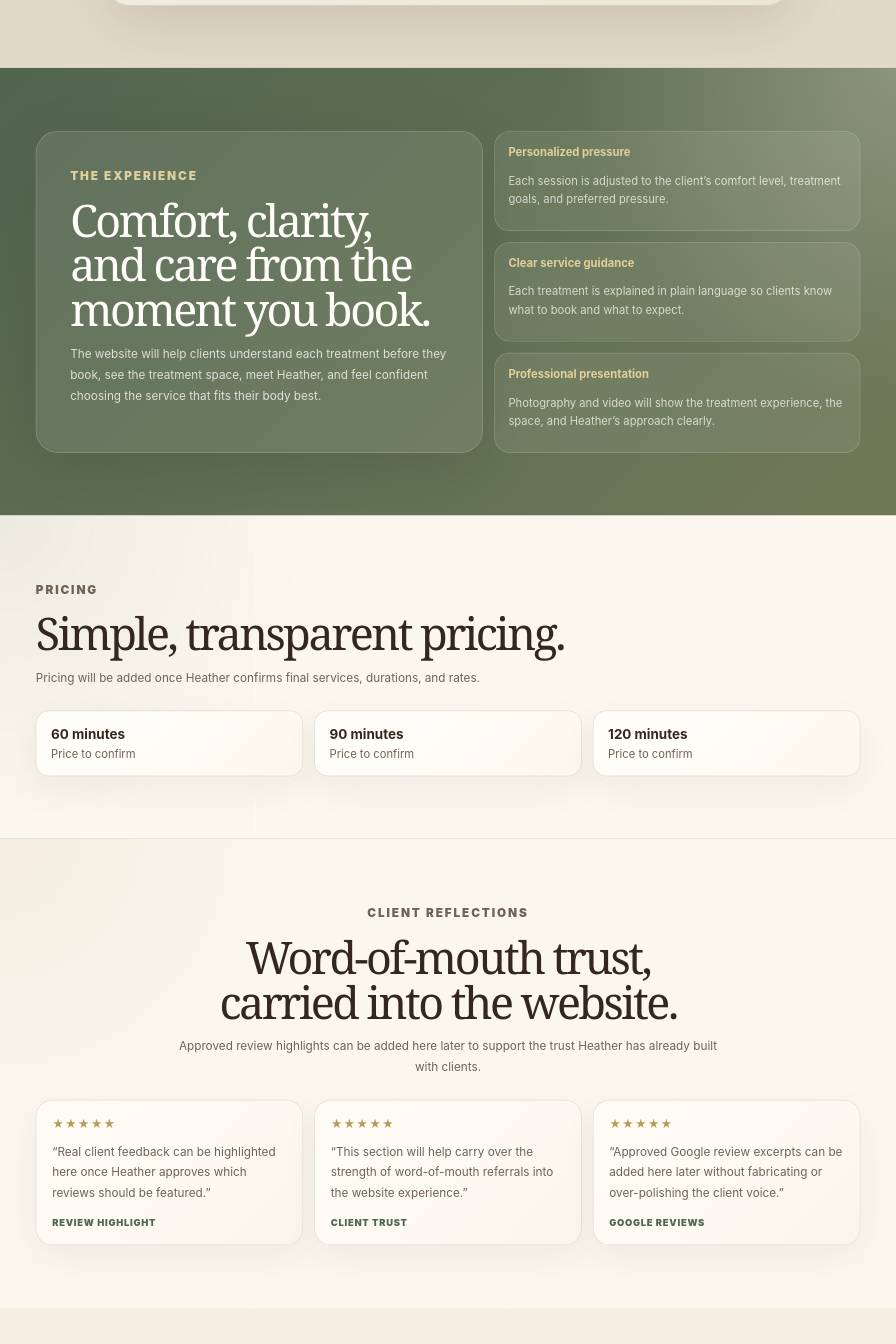
Repository: 300LBHACK3R/mckenzie-house-massage-site
Page: /
The author's editor kept a copy of each file at every save. The page is drawn from the files as they stood at one save, then again after the next save.
The browser window is 1280 px wide. The pictures show the part of the page from y = 4580 to 6500 px (the page is 9141 px tall before and 8471 px after), at 70% of full size.
The page's requests for data from a server got no answer. The project was rebuilt for these pictures with package versions that can differ from the ones it lists, and the page was loaded fresh each time. The framework's server and built-in components were replaced by stand-ins that run in the browser. No one was signed in, and anything a server would have sent is missing. Also part of the build but not shown: next.config.ts.

Above is the page before, as saved 2026-07-16 13:03:17.

After the next save:
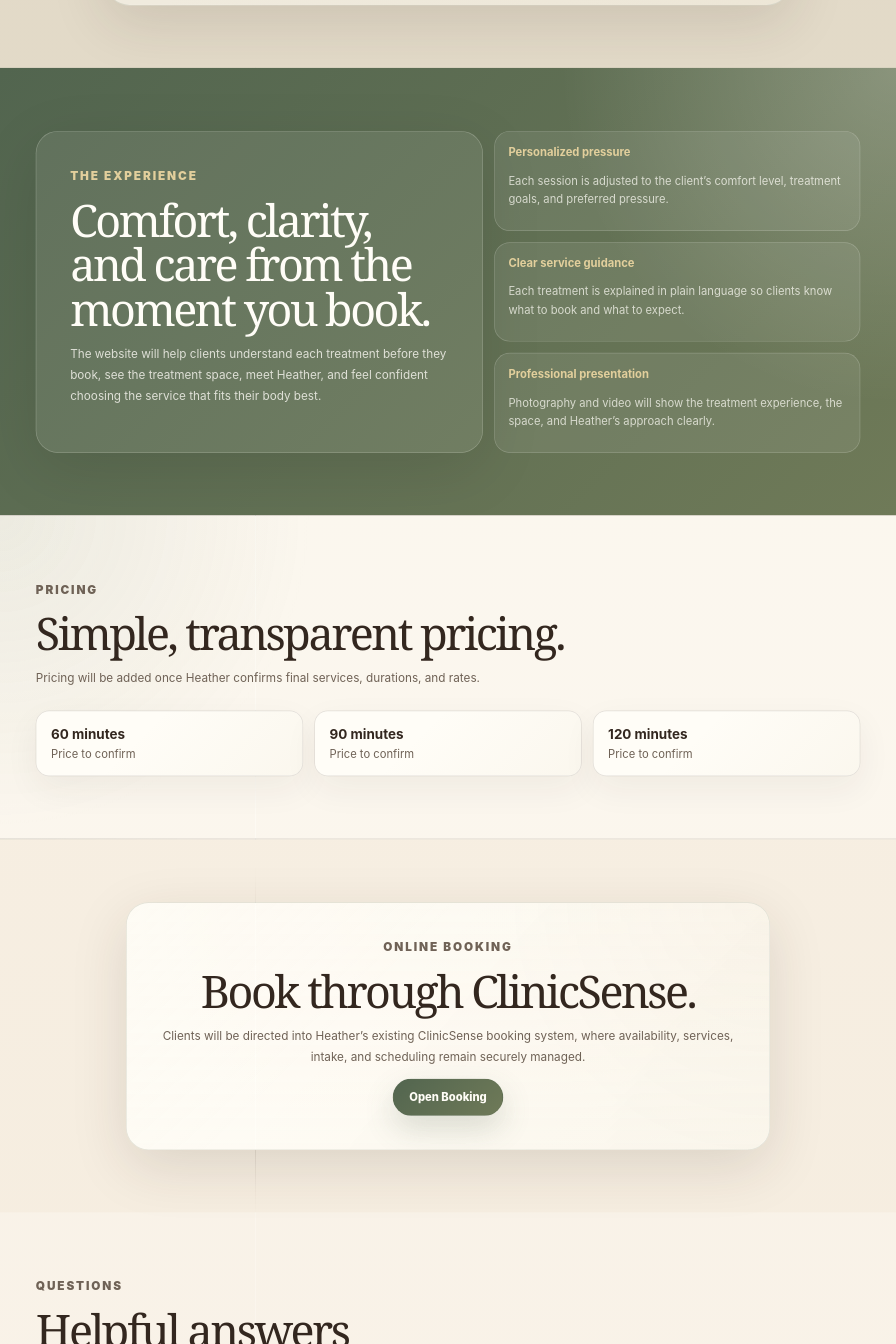
Saved 2 min 31 s later.
--- a/src/app/page.tsx
+++ b/src/app/page.tsx
@@ -85,9 +85,9 @@ export default function Home() {
           aria-labelledby="home-heading"
         >
           <div className="hero-media" aria-hidden="true">
-            {siteConfig.heroVideo ? (
+            {siteConfig.assets.heroVideo ? (
               <video autoPlay muted loop playsInline preload="metadata">
-                <source src={siteConfig.heroVideo} type="video/mp4" />
+                <source src={siteConfig.assets.heroVideo} type="video/mp4" />
               </video>
             ) : (
               <>
@@ -367,35 +367,6 @@ export default function Home() {
         </section>
 
         <section
-          id="reviews"
-          className="section reviews-section scroll-reveal"
-          aria-labelledby="reviews-heading"
-        >
-          <div className="section-heading centered">
-            <p className="eyebrow">Client Reflections</p>
-            <h2 id="reviews-heading">
-              Word-of-mouth trust, carried into the website.
-            </h2>
-            <p>
-              Approved review highlights can be added here later to support the
-              trust Heather has already built with clients.
-            </p>
-          </div>
-
-          <div className="review-grid">
-            {clientReflections.map((review) => (
-              <article className="review-card" key={review.label}>
-                <div className="stars" aria-label="Review highlight">
-                  ★★★★★
-                </div>
-                <p>“{review.quote}”</p>
-                <small>{review.label}</small>
-              </article>
-            ))}
-          </div>
-        </section>
-
-        <section
           id="booking"
           className="section booking-section scroll-reveal"
           aria-labelledby="booking-heading"
